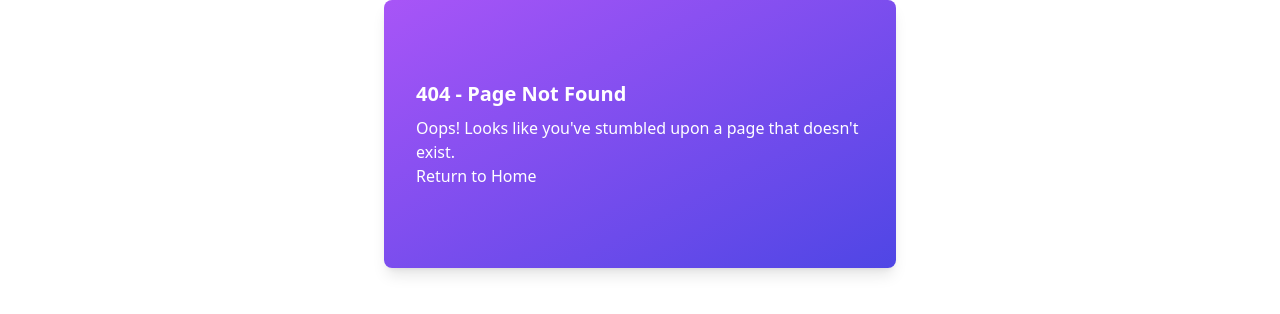
Repository: shaafsalman/product-Management-MERN
Page: /home (app in frontend/)
An editor plug-in stored every save of this project. The page is shown before and after the next save, followed by the edit.
The browser window is 1280 px wide. The pictures show the whole page.
The project was rebuilt for these pictures with package versions that can differ from the ones it lists, and the page was loaded fresh each time. Also part of the build but not shown: frontend/vite.config.js, frontend/src/Pages/Login.jsx, frontend/src/Pages/SighnUp.jsx.

Above is the page before, as saved 2024-05-14 00:47:32.

### frontend/src/App.jsx
import React from 'react';
import { BrowserRouter as Router, Routes, Route, Navigate } from 'react-router-dom';
import Login from "./Pages/Login"
import Signup from "./Pages/SighnUp"
import NoPage from './Pages/NoPage';
const App = () => {
  return (
    <div className="App">
      <Router>
        <div>
          <Routes>
            <Route path="/" element={<Login/>} />
            <Route path="/login" element={<Login />} />
            <Route path="/login" element={<Login />} />
            <Route path="/signup" element={<Signup />} />
            <Route path="/register" element={<Signup />} />
            <Route path="/*" element={<NoPage />} />
          </Routes>
        </div>
      </Router>
    </div>
  );
};


export default App;

### frontend/src/index.css
@tailwind base;
@tailwind components;
@tailwind utilities;


*
{
  margin: 0;
  padding: 0;
  box-sizing: border-box;
}

### frontend/src/Pages/NoPage.jsx
import React from 'react';
import { Link } from 'react-router-dom';


const NoPage = () => {
  return (
    <div className="flex justify-center items-center h-full">
      <div className="max-w-lg rounded-lg overflow-hidden shadow-lg bg-gradient-to-br from-purple-500 to-indigo-600 transition duration-500 transform hover:scale-105">
        <div className="lg:px-8 lg:py-20 px-6 py-12">
          <div className="font-bold text-xl text-white mb-2">404 - Page Not Found</div>
          <p className="text-white text-base">Oops! Looks like you've stumbled upon a page that doesn't exist.</p>
          <p className="text-white text-base">Return to <Link to="/home" >Home</Link></p>
        </div>
      </div>
    </div>
  );
};



export default NoPage;

Loaded but not shown: frontend/index.html (common file); frontend/src/main.jsx (common file); frontend/tailwind.config.js (common file)

After the next save:
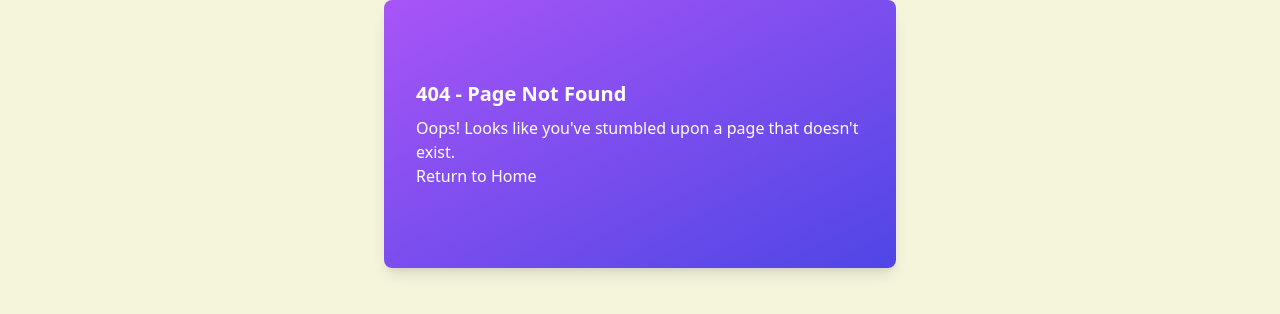
Saved 17 s later.
--- a/frontend/src/index.css
+++ b/frontend/src/index.css
@@ -9,3 +9,8 @@
   padding: 0;
   box-sizing: border-box;
 }
+
+body,html
+{
+  background-color:beige
+}
